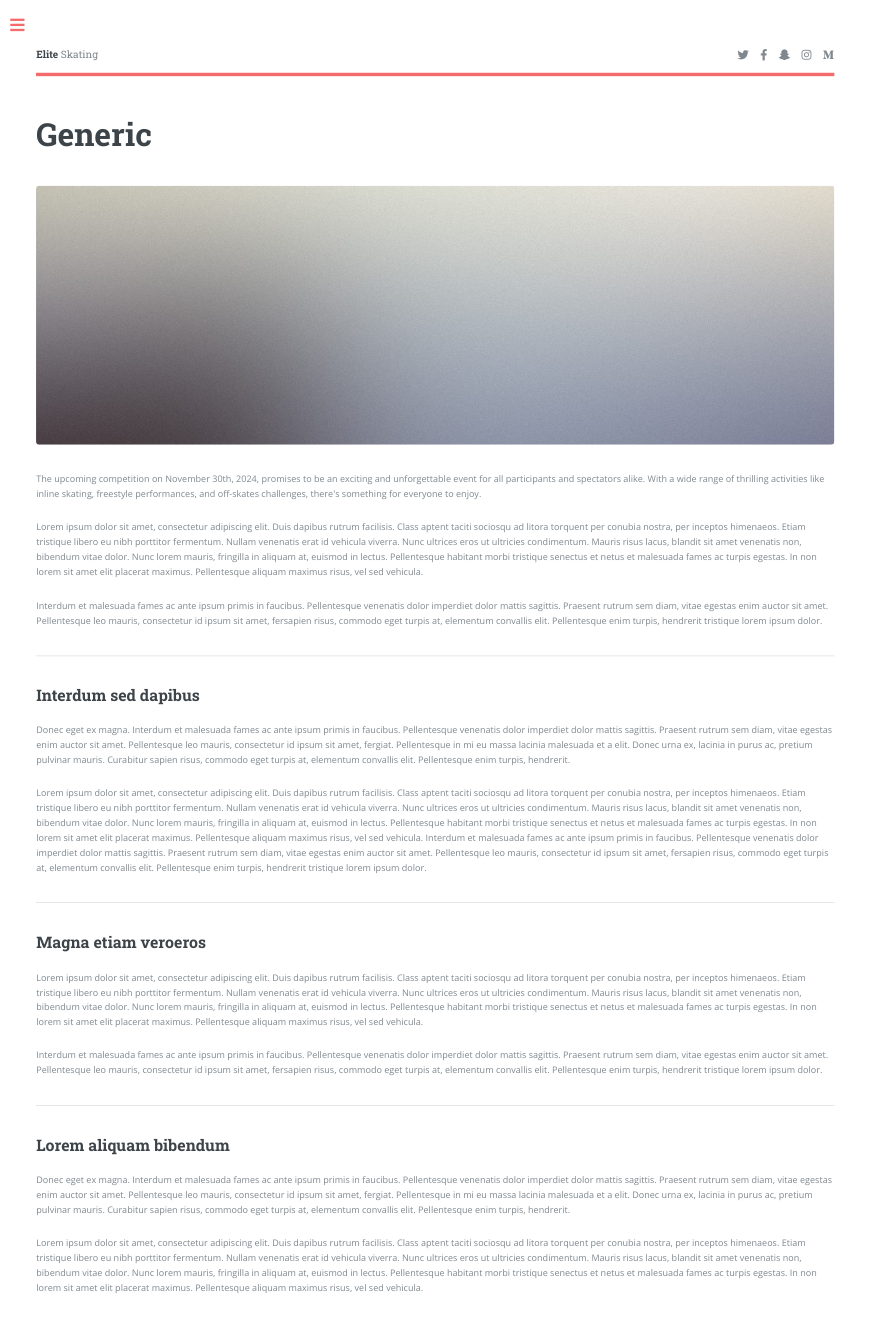
Repository: rachel648/New_Elite
Page: generic.html
These files come from the project's save history. The page is drawn as it stood at one moment and after the next save; the edit follows.
The browser window is 1280 px wide. The pictures show the whole page, at 68% of full size.

Above is the page before, as saved 2024-10-14 11:40:32.

After the next save:
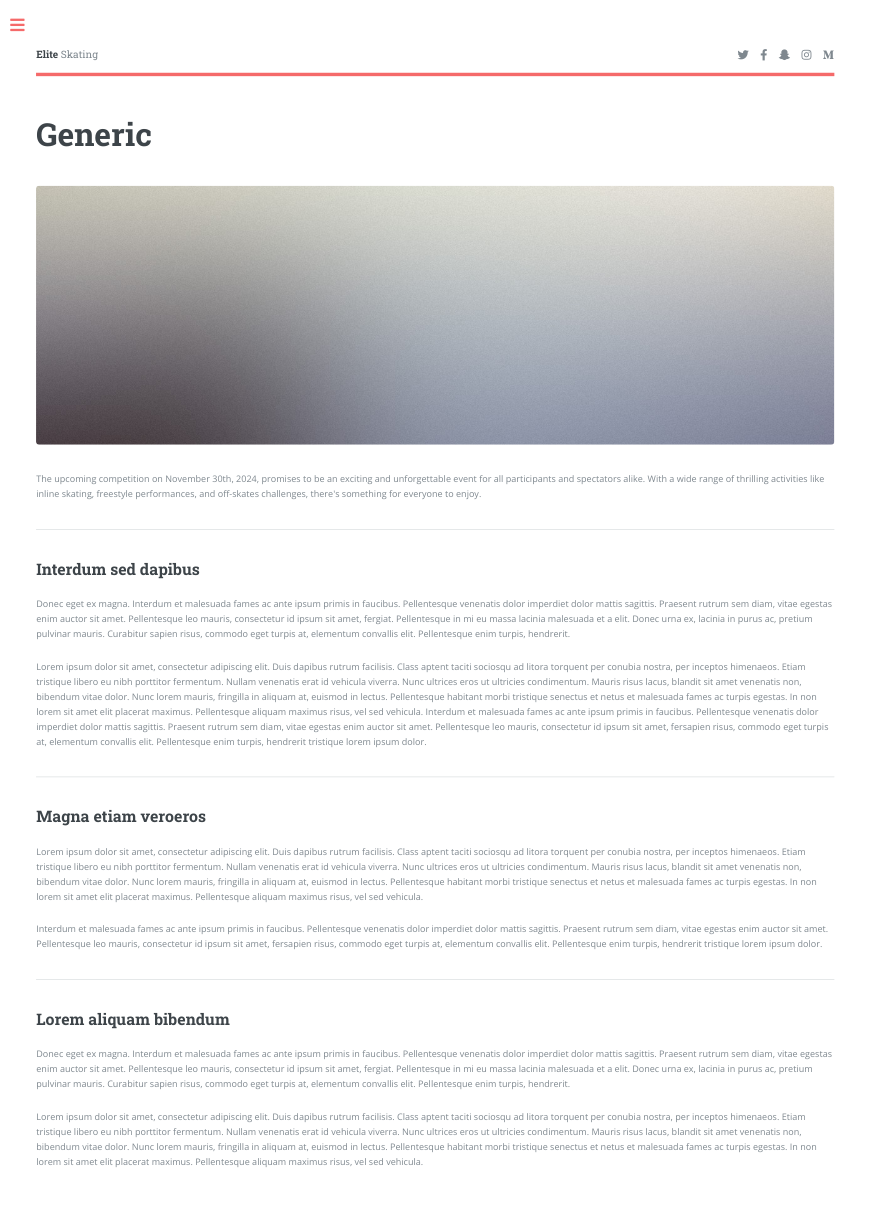
Saved 38 s later.
--- a/generic.html
+++ b/generic.html
@@ -41,8 +41,8 @@
 									<span class="image main"><img src="images/pic11.jpg" alt="" /></span>
 
 									<p>The upcoming competition on November 30th, 2024, promises to be an exciting and unforgettable event for all participants and spectators alike. With a wide range of thrilling activities like inline skating, freestyle performances, and off-skates challenges, there's something for everyone to enjoy.</p>
-									<p>Lorem ipsum dolor sit amet, consectetur adipiscing elit. Duis dapibus rutrum facilisis. Class aptent taciti sociosqu ad litora torquent per conubia nostra, per inceptos himenaeos. Etiam tristique libero eu nibh porttitor fermentum. Nullam venenatis erat id vehicula viverra. Nunc ultrices eros ut ultricies condimentum. Mauris risus lacus, blandit sit amet venenatis non, bibendum vitae dolor. Nunc lorem mauris, fringilla in aliquam at, euismod in lectus. Pellentesque habitant morbi tristique senectus et netus et malesuada fames ac turpis egestas. In non lorem sit amet elit placerat maximus. Pellentesque aliquam maximus risus, vel sed vehicula.</p>
-									<p>Interdum et malesuada fames ac ante ipsum primis in faucibus. Pellentesque venenatis dolor imperdiet dolor mattis sagittis. Praesent rutrum sem diam, vitae egestas enim auctor sit amet. Pellentesque leo mauris, consectetur id ipsum sit amet, fersapien risus, commodo eget turpis at, elementum convallis elit. Pellentesque enim turpis, hendrerit tristique lorem ipsum dolor.</p>
+
+									<p></p>
 
 									<hr class="major" />
 
